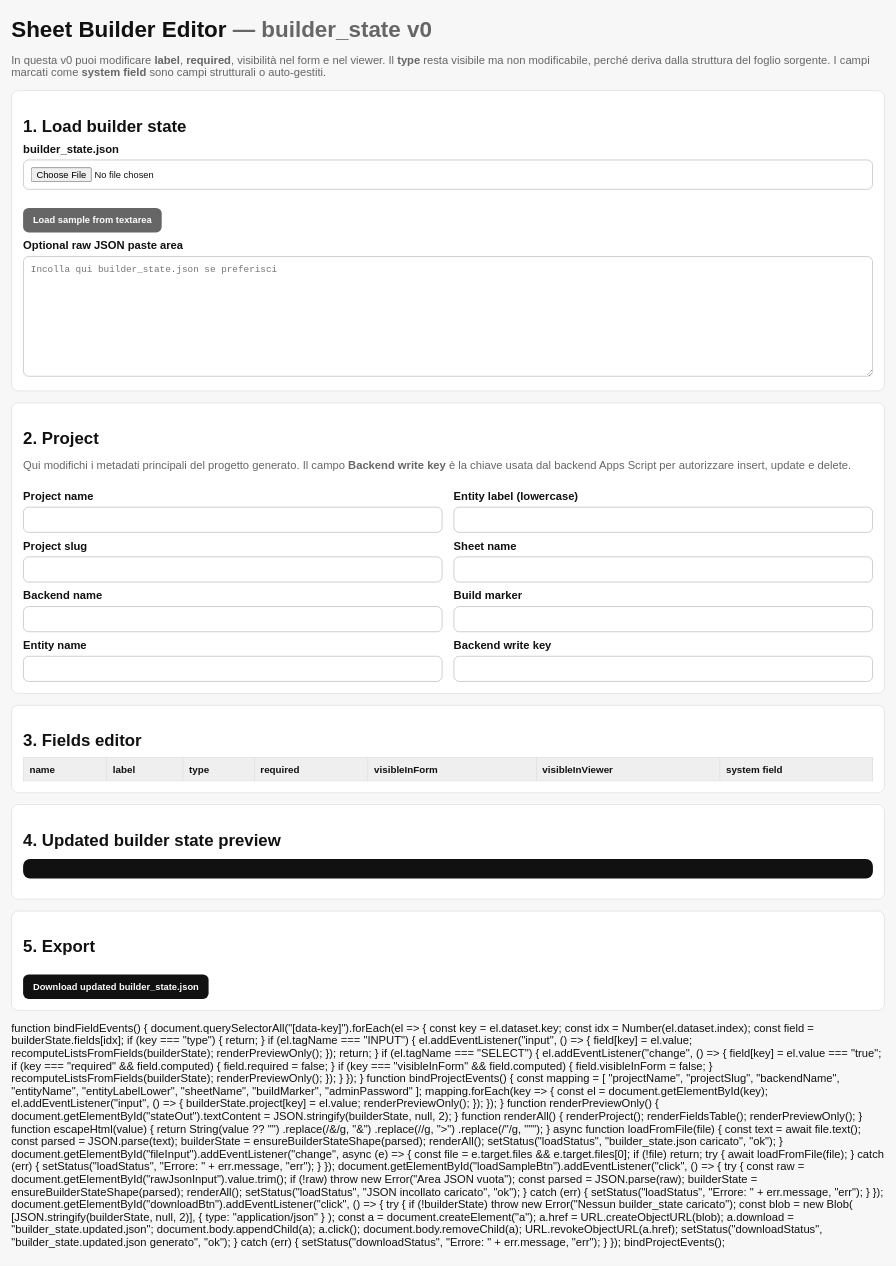
Repository: progettazionemauro/sheets.builder
Page: docs/builder.html
The author's editor kept a copy of each file at every save. The page is drawn from the files as they stood at one save, then again after the next save.
The browser window is 1280 px wide. The pictures show the whole page, at 70% of full size.

Above is the page before, as saved 2026-04-13 19:51:27.
Console error: SyntaxError: Unexpected token '<'

### docs/builder.html
<!doctype html>
<html lang="it">
<head>
  <meta charset="utf-8" />
  <meta name="viewport" content="width=device-width, initial-scale=1" />
  <title>Sheet Builder Editor</title>
  <style>
    body {
      font-family: Arial, sans-serif;
      max-width: 1280px;
      margin: 24px auto;
      padding: 0 16px;
      background: #f7f7f7;
      color: #111;
    }

    h1, h2, h3 {
      margin-bottom: 8px;
    }

    .muted {
      color: #666;
    }

    .card {
      background: #fff;
      border: 1px solid #ddd;
      border-radius: 10px;
      padding: 16px;
      margin: 16px 0;
    }

    label {
      display: block;
      margin: 10px 0 6px;
      font-weight: bold;
    }

    input, textarea, select {
      width: 100%;
      box-sizing: border-box;
      padding: 10px;
      border: 1px solid #bbb;
      border-radius: 8px;
      background: #fff;
    }

    button {
      margin-top: 14px;
      padding: 10px 14px;
      border: 0;
      border-radius: 8px;
      background: #111;
      color: #fff;
      font-weight: bold;
      cursor: pointer;
    }

    button.secondary {
      background: #666;
    }

    button:disabled {
      opacity: .6;
      cursor: not-allowed;
    }

    .grid {
      display: grid;
      grid-template-columns: 1fr 1fr;
      gap: 16px;
    }

    .actions {
      display: flex;
      gap: 10px;
      flex-wrap: wrap;
      margin-top: 12px;
      align-items: center;
    }

    pre {
      background: #111;
      color: #d8ffd8;
      padding: 14px;
      border-radius: 10px;
      overflow: auto;
      white-space: pre-wrap;
    }

    table {
      width: 100%;
      border-collapse: collapse;
      margin-top: 10px;
      background: #fff;
    }

    th, td {
      border: 1px solid #ddd;
      padding: 8px;
      font-size: 14px;
      text-align: left;
      vertical-align: top;
    }

    th {
      background: #efefef;
    }

    .readonly-cell {
      background: #f3f3f3;
      color: #666;
    }

    .tiny {
      font-size: 12px;
      color: #666;
      line-height: 1.4;
    }

    .ok {
      color: #0a6;
      font-weight: bold;
    }

    .err {
      color: #b00;
      font-weight: bold;
    }
  </style>
</head>
<body>

  <h1>Sheet Builder Editor <span class="muted">— builder_state v0</span></h1>
  <p class="muted">
  In questa v0 puoi modificare <b>label</b>, <b>required</b>, visibilità nel form e nel viewer.
  Il <b>type</b> resta visibile ma non modificabile, perché deriva dalla struttura del foglio sorgente.
  I campi marcati come <b>system field</b> sono campi strutturali o auto-gestiti.
</p>

  <div class="card">
    <h2>1. Load builder state</h2>

    <label for="fileInput">builder_state.json</label>
    <input id="fileInput" type="file" accept=".json,application/json" />

    <div class="actions">
      <button id="loadSampleBtn" type="button" class="secondary">Load sample from textarea</button>
      <span id="loadStatus" class="muted"></span>
    </div>

    <label for="rawJsonInput">Optional raw JSON paste area</label>
    <textarea id="rawJsonInput" rows="10" placeholder='Incolla qui builder_state.json se preferisci'></textarea>
  </div>

    <div class="card">
    <h2>2. Project</h2>
        <p class="muted">
  Qui modifichi i metadati principali del progetto generato. Il campo <b>Backend write key</b>
  è la chiave usata dal backend Apps Script per autorizzare insert, update e delete.
</p>

    <div class="grid">
      <div>
        <label for="projectName">Project name</label>
        <input id="projectName" />

        <label for="projectSlug">Project slug</label>
        <input id="projectSlug" />

        <label for="backendName">Backend name</label>
        <input id="backendName" />

        <label for="entityName">Entity name</label>
        <input id="entityName" />
      </div>

      <div>
        <label for="entityLabelLower">Entity label (lowercase)</label>
        <input id="entityLabelLower" />

        <label for="sheetName">Sheet name</label>
        <input id="sheetName" />

        <label for="buildMarker">Build marker</label>
        <input id="buildMarker" />

        <label for="adminPassword">Backend write key</label>
        <input id="adminPassword" />
      </div>
    </div>
  </div>

  <div class="card">
    <h2>3. Fields editor</h2>


        <table id="fieldsTable">
      <thead>
        <tr>
          <th>name</th>
          <th>label</th>
          <th>type</th>
          <th>required</th>
          <th>visibleInForm</th>
          <th>visibleInViewer</th>
          <th>system field</th>
        </tr>
      </thead>
      <tbody></tbody>
    </table>
  </div>

  <div class="card">
    <h2>4. Updated builder state preview</h2>
    <pre id="stateOut"></pre>
  </div>

  <div class="card">
    <h2>5. Export</h2>
    <div class="actions">
      <button id="downloadBtn" type="button">Download updated builder_state.json</button>
      <span id="downloadStatus" class="muted"></span>
    </div>
  </div>

<script>
  let builderState = null;

  function setStatus(id, msg, cls = "muted") {
    const el = document.getElementById(id);
    el.textContent = msg;
    el.className = cls;
  }

  function deepClone(obj) {
    return JSON.parse(JSON.stringify(obj));
  }

  function normalizeBool(value) {
    return value === true;
  }

  function ensureBuilderStateShape(state) {
    if (!state || typeof state !== "object") {
      throw new Error("JSON non valido: root non oggetto");
    }

    if (!state.project || typeof state.project !== "object") {
      state.project = {};
    }

    if (!Array.isArray(state.fields)) {
      state.fields = [];
    }

    if (!state.constraints || typeof state.constraints !== "object") {
      state.constraints = {};
    }

    if (!state.enums || typeof state.enums !== "object") {
      state.enums = {};
    }

    if (!state.enumStyles || typeof state.enumStyles !== "object") {
      state.enumStyles = {};
    }

    if (!state.lists || typeof state.lists !== "object") {
      state.lists = {};
    }

    if (!state.options || typeof state.options !== "object") {
      state.options = {};
    }

    state.fields = state.fields.map(field => {
      const f = { ...field };
      f.name = String(f.name || "").trim();
      f.label = String(f.label || f.name || "").trim();
      f.type = String(f.type || "string").trim();
      f.required = normalizeBool(f.required);
      f.computed = normalizeBool(f.computed);
      f.visibleInForm = normalizeBool(f.visibleInForm);
      f.visibleInViewer = normalizeBool(f.visibleInViewer);
      f.locked = normalizeBool(f.locked);
      if (!Array.isArray(f.enumValues)) f.enumValues = [];
      return f;
    });

    recomputeListsFromFields(state);
    return state;
  }

  function recomputeListsFromFields(state) {
    const headers = [];
    const requiredOnInsert = [];
    const optionalOnInsert = [];
    const computed = [];
    const visibleInForm = [];
    const visibleInViewer = [];
    const enums = {};
    const enumStyles = state.enumStyles || {};

    for (const field of state.fields) {
      headers.push(field.name);

      if (field.computed) {
        computed.push(field.name);
      } else if (field.required) {
        requiredOnInsert.push(field.name);
      } else {
        optionalOnInsert.push(field.name);
      }

      if (field.visibleInForm) {
        visibleInForm.push(field.name);
      }

      if (field.visibleInViewer) {
        visibleInViewer.push(field.name);
      }

      if (field.type === "enum" && Array.isArray(field.enumValues) && field.enumValues.length) {
        enums[field.name] = field.enumValues.slice();
      }

      if (field.type === "enum" && enumStyles[field.name] && !field.enumStyles) {
        field.enumStyles = enumStyles[field.name];
      }
    }

    state.enums = enums;
    state.lists = {
      headers,
      requiredOnInsert,
      optionalOnInsert,
      computed,
      visibleInForm,
      visibleInViewer
    };
  }

  function renderProject() {
    const p = builderState.project || {};
    document.getElementById("projectName").value = p.projectName || "";
    document.getElementById("projectSlug").value = p.projectSlug || "";
    document.getElementById("backendName").value = p.backendName || "";
    document.getElementById("entityName").value = p.entityName || "";
    document.getElementById("entityLabelLower").value = p.entityLabelLower || "";
    document.getElementById("sheetName").value = p.sheetName || "";
    document.getElementById("buildMarker").value = p.buildMarker || "";
    document.getElementById("adminPassword").value = p.adminPassword || "";
  }

  <script>
  function renderFieldsTable() {
    const tbody = document.querySelector("#fieldsTable tbody");
    tbody.innerHTML = "";

    builderState.fields.forEach((field, idx) => {
      const tr = document.createElement("tr");

      tr.innerHTML = `
        <td class="${field.locked ? "readonly-cell" : ""}">
          <input data-key="name" data-index="${idx}" value="${escapeHtml(field.name)}" ${field.locked ? "readonly" : ""} />
        </td>
        <td>
          <input data-key="label" data-index="${idx}" value="${escapeHtml(field.label || "")}" />
        </td>
        <td class="readonly-cell">
          <input data-key="type" data-index="${idx}" value="${escapeHtml(field.type)}" readonly />
        </td>
        <td>
          <select data-key="required" data-index="${idx}" ${field.computed ? "disabled" : ""}>
            <option value="false" ${field.required ? "" : "selected"}>NO</option>
            <option value="true" ${field.required ? "selected" : ""}>YES</option>
          </select>
        </td>
        <td>
          <select data-key="visibleInForm" data-index="${idx}" ${field.computed ? "disabled" : ""}>
            <option value="false" ${field.visibleInForm ? "" : "selected"}>NO</option>
            <option value="true" ${field.visibleInForm ? "selected" : ""}>YES</option>
          </select>
        </td>
        <td>
          <select data-key="visibleInViewer" data-index="${idx}">
            <option value="false" ${field.visibleInViewer ? "" : "selected"}>NO</option>
            <option value="true" ${field.visibleInViewer ? "selected" : ""}>YES</option>
          </select>
        </td>
        <td class="readonly-cell">${field.locked ? "YES" : "NO"}</td>
      `;

      tbody.appendChild(tr);
    });

    bindFieldEvents();
  }
</script>

    function bindFieldEvents() {
    document.querySelectorAll("[data-key]").forEach(el => {
      const key = el.dataset.key;
      const idx = Number(el.dataset.index);
      const field = builderState.fields[idx];

      if (key === "type") {
        return;
      }

      if (el.tagName === "INPUT") {
        el.addEventListener("input", () => {
          field[key] = el.value;
          recomputeListsFromFields(builderState);
          renderPreviewOnly();
        });
        return;
      }

      if (el.tagName === "SELECT") {
        el.addEventListener("change", () => {
          field[key] = el.value === "true";

          if (key === "required" && field.computed) {
            field.required = false;
          }

          if (key === "visibleInForm" && field.computed) {
            field.visibleInForm = false;
          }

          recomputeListsFromFields(builderState);
          renderPreviewOnly();
        });
      }
    });
  }

  function bindProjectEvents() {
    const mapping = [
      "projectName",
      "projectSlug",
      "backendName",
      "entityName",
      "entityLabelLower",
      "sheetName",
      "buildMarker",
      "adminPassword"
    ];

    mapping.forEach(key => {
      const el = document.getElementById(key);
      el.addEventListener("input", () => {
        builderState.project[key] = el.value;
        renderPreviewOnly();
      });
    });
  }

  function renderPreviewOnly() {
    document.getElementById("stateOut").textContent =
      JSON.stringify(builderState, null, 2);
  }

  function renderAll() {
    renderProject();
    renderFieldsTable();
    renderPreviewOnly();
  }

  function escapeHtml(value) {
    return String(value ?? "")
      .replace(/&/g, "&amp;")
      .replace(/</g, "&lt;")
      .replace(/>/g, "&gt;")
      .replace(/"/g, "&quot;");
  }

  async function loadFromFile(file) {
    const text = await file.text();
    const parsed = JSON.parse(text);
    builderState = ensureBuilderStateShape(parsed);
    renderAll();
    setStatus("loadStatus", "builder_state.json caricato", "ok");
  }

  document.getElementById("fileInput").addEventListener("change", async (e) => {
    const file = e.target.files && e.target.files[0];
    if (!file) return;

    try {
      await loadFromFile(file);
    } catch (err) {
      setStatus("loadStatus", "Errore: " + err.message, "err");
    }
  });

  document.getElementById("loadSampleBtn").addEventListener("click", () => {
    try {
      const raw = document.getElementById("rawJsonInput").value.trim();
      if (!raw) throw new Error("Area JSON vuota");

      const parsed = JSON.parse(raw);
      builderState = ensureBuilderStateShape(parsed);
      renderAll();
      setStatus("loadStatus", "JSON incollato caricato", "ok");
    } catch (err) {
      setStatus("loadStatus", "Errore: " + err.message, "err");
    }
  });

  document.getElementById("downloadBtn").addEventListener("click", () => {
    try {
      if (!builderState) throw new Error("Nessun builder_state caricato");

      const blob = new Blob(
        [JSON.stringify(builderState, null, 2)],
        { type: "application/json" }
      );

      const a = document.createElement("a");
      a.href = URL.createObjectURL(blob);
      a.download = "builder_state.updated.json";
      document.body.appendChild(a);
      a.click();
      document.body.removeChild(a);
      URL.revokeObjectURL(a.href);

      setStatus("downloadStatus", "builder_state.updated.json generato", "ok");
    } catch (err) {
      setStatus("downloadStatus", "Errore: " + err.message, "err");
    }
  });

  bindProjectEvents();
</script>

</body>
</html>

After the next save:
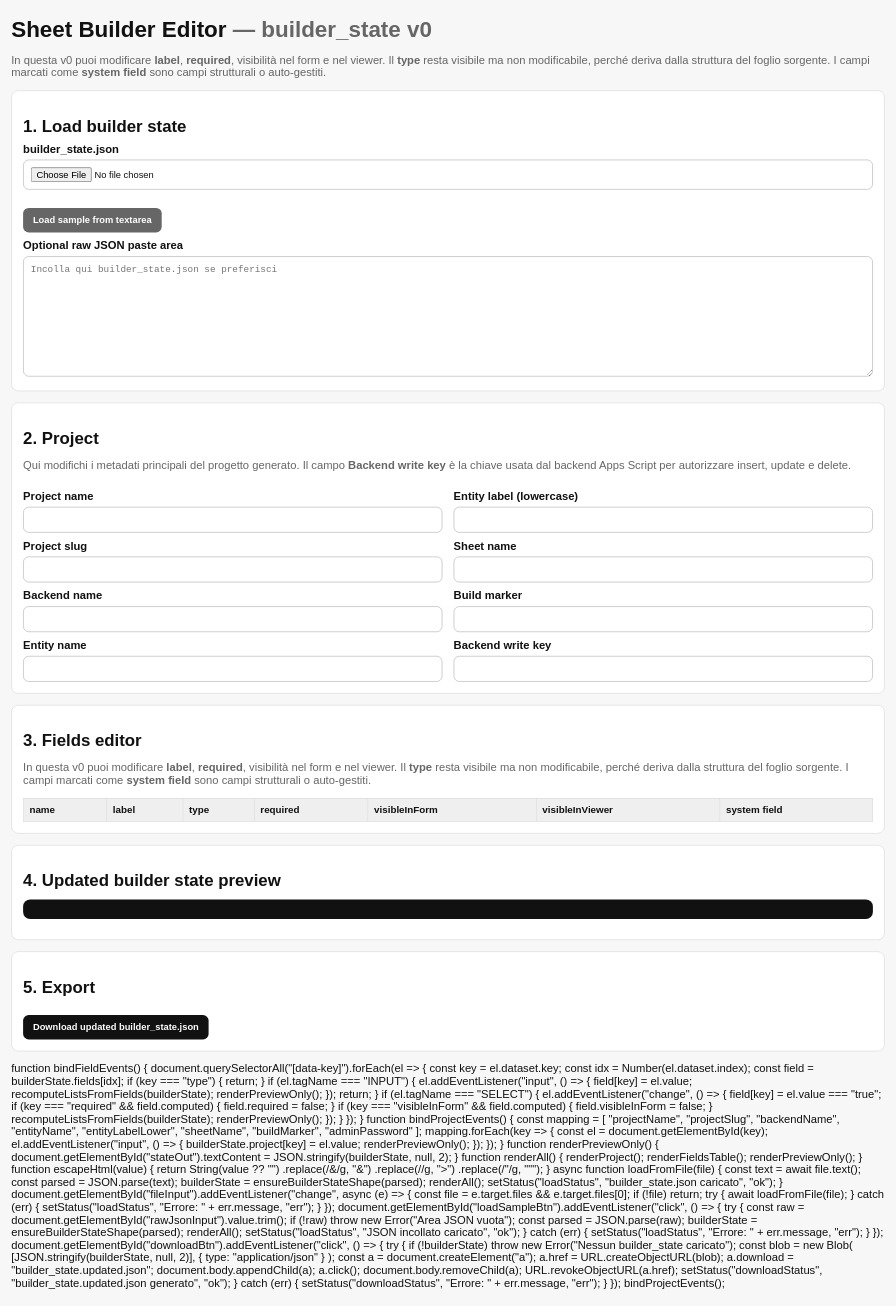
Saved 8 s later.
--- a/docs/builder.html
+++ b/docs/builder.html
@@ -193,7 +193,11 @@
 
   <div class="card">
     <h2>3. Fields editor</h2>
-
+    <p class="muted">
+  In questa v0 puoi modificare <b>label</b>, <b>required</b>, visibilità nel form e nel viewer.
+  Il <b>type</b> resta visibile ma non modificabile, perché deriva dalla struttura del foglio sorgente.
+  I campi marcati come <b>system field</b> sono campi strutturali o auto-gestiti.
+</p>
 
         <table id="fieldsTable">
       <thead>
